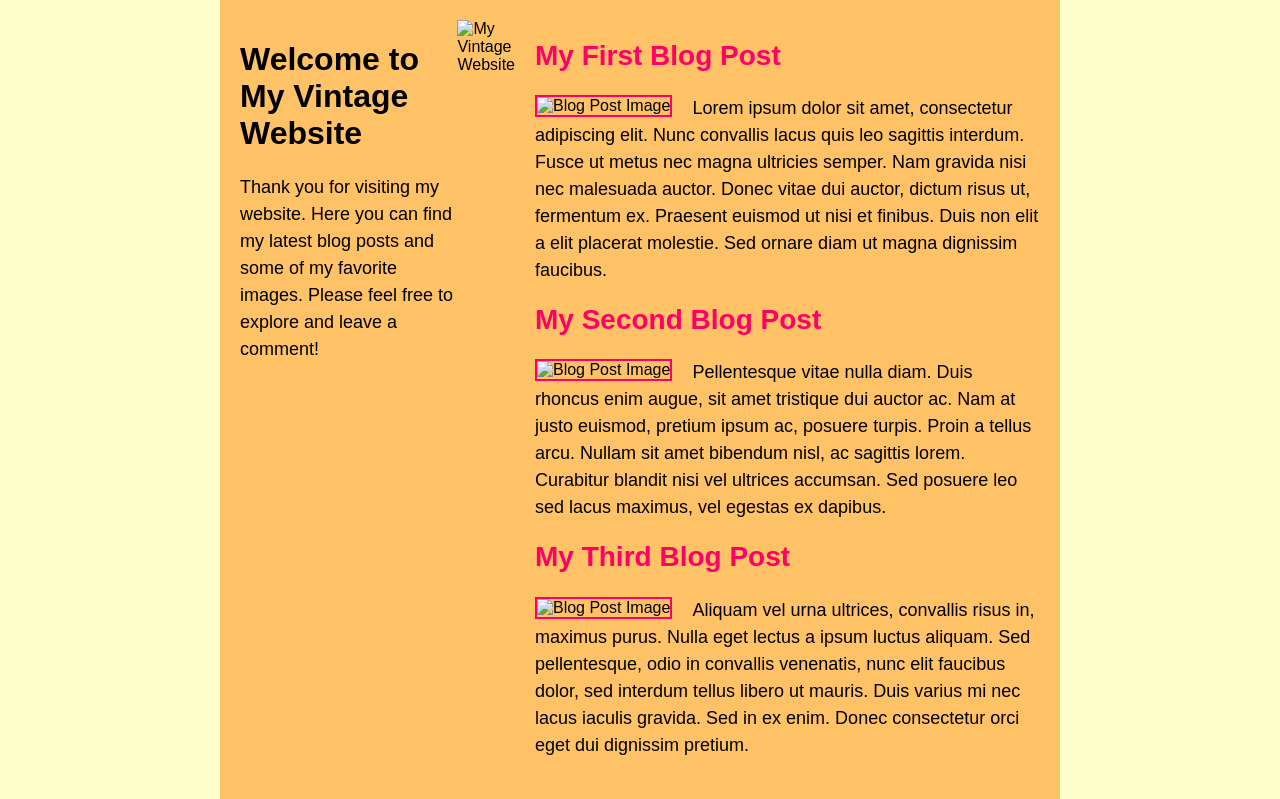
Repository: RennarDeer/RenDev
Page: index.html
The author's editor kept a copy of each file at every save. The page is drawn from the files as they stood at one save, then again after the next save.
The browser window is 1280 px wide. The pictures show the whole page.

Above is the page before, as saved 2023-02-14 19:42:56.
Not found: placeholder-image.jpg

### index.html
<!DOCTYPE html>
<html>
<head>
	<title>My Vintage Website</title>
	<link rel="stylesheet" type="text/css" href="style.css">
</head>
<body>
	<div id="container">
		<div id="intro">
			<h1>Welcome to My Vintage Website</h1>
			<p>Thank you for visiting my website. Here you can find my latest blog posts and some of my favorite images. Please feel free to explore and leave a comment!</p>
		</div>
		<img src="placeholder-image.jpg" alt="My Vintage Website" class="logo">
		<div id="content">
			<div class="blog-post">
				<h2>My First Blog Post</h2>
				<img src="placeholder-image.jpg" alt="Blog Post Image">
				<p>Lorem ipsum dolor sit amet, consectetur adipiscing elit. Nunc convallis lacus quis leo sagittis interdum. Fusce ut metus nec magna ultricies semper. Nam gravida nisi nec malesuada auctor. Donec vitae dui auctor, dictum risus ut, fermentum ex. Praesent euismod ut nisi et finibus. Duis non elit a elit placerat molestie. Sed ornare diam ut magna dignissim faucibus.</p>
			</div>
			<div class="blog-post">
				<h2>My Second Blog Post</h2>
				<img src="placeholder-image.jpg" alt="Blog Post Image">
				<p>Pellentesque vitae nulla diam. Duis rhoncus enim augue, sit amet tristique dui auctor ac. Nam at justo euismod, pretium ipsum ac, posuere turpis. Proin a tellus arcu. Nullam sit amet bibendum nisl, ac sagittis lorem. Curabitur blandit nisi vel ultrices accumsan. Sed posuere leo sed lacus maximus, vel egestas ex dapibus.</p>
			</div>
			<div class="blog-post">
				<h2>My Third Blog Post</h2>
				<img src="placeholder-image.jpg" alt="Blog Post Image">
				<p>Aliquam vel urna ultrices, convallis risus in, maximus purus. Nulla eget lectus a ipsum luctus aliquam. Sed pellentesque, odio in convallis venenatis, nunc elit faucibus dolor, sed interdum tellus libero ut mauris. Duis varius mi nec lacus iaculis gravida. Sed in ex enim. Donec consectetur orci eget dui dignissim pretium. </p>
			</div>
		</div>
	</div>
</body>
</html>

### style.css
body {
	background-color: #ffffcc;
	font-family: Arial, sans-serif;
	margin: 0;
	padding: 0;
}

#container {
	margin: 0 auto;
	max-width: 800px;
	padding: 20px;
	background-color: #ffc266;
	display: flex;
}

.logo {
	width: 150px;
	height: auto;
	margin-right: 20px;
}

#content {
	margin-top: 20px;
}

h2 {
	font-size: 28px;
	color: #ff0066;
	margin-top: 0;
}

p {
	font-size: 18px;
	line-height: 1.5;
}

.blog-post {
	margin-bottom: 20px;
}

.blog-post img {
	margin-right: 20px;
	max-width: 300px;
	height: auto;
	float: left;
	border: 2px solid #ff0066;
}

After the next save:
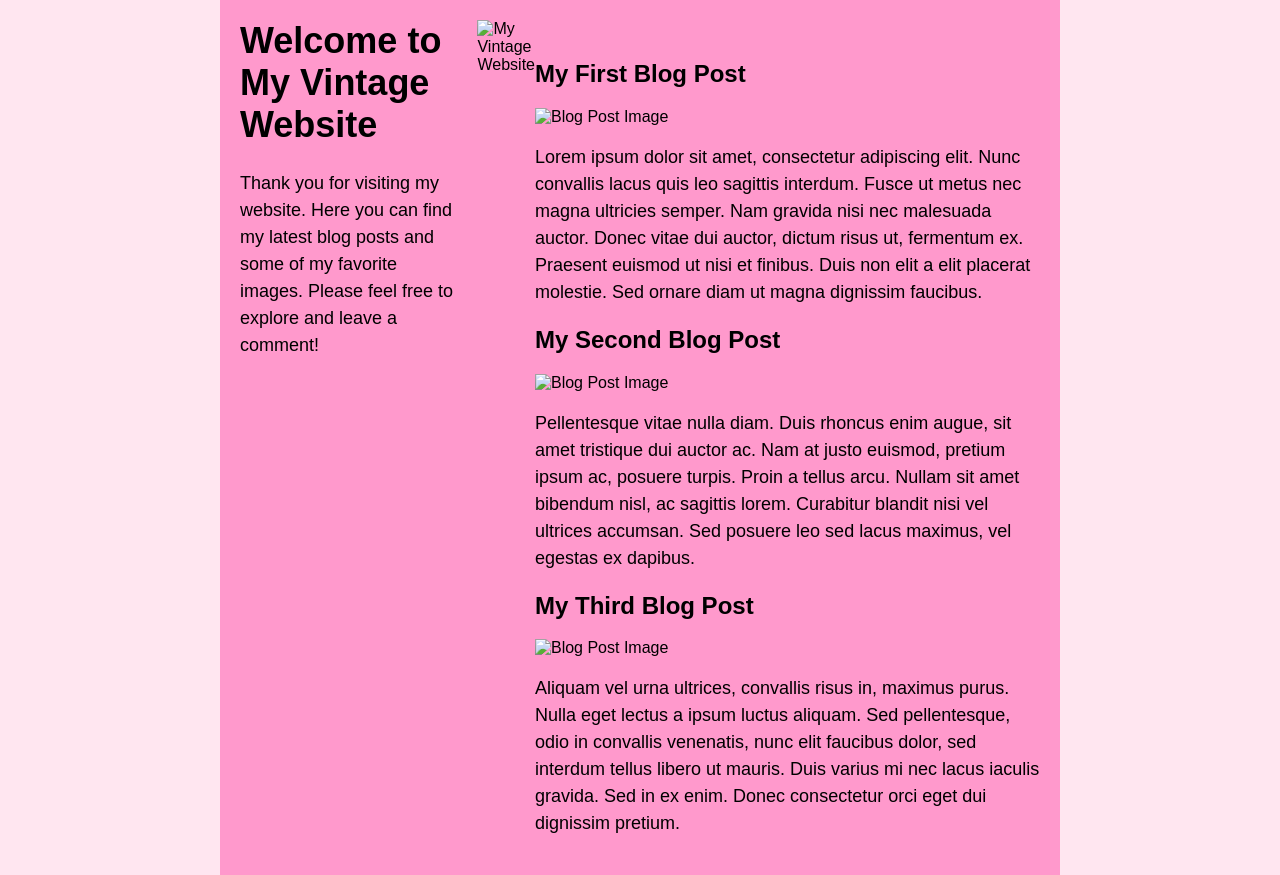
Saved 1 s later.
--- a/style.css
+++ b/style.css
@@ -1,31 +1,26 @@
 body {
-	background-color: #ffffcc;
+	background-color: #ffe6f0;
 	font-family: Arial, sans-serif;
 	margin: 0;
 	padding: 0;
+	color: #000000;
 }
 
 #container {
 	margin: 0 auto;
 	max-width: 800px;
 	padding: 20px;
-	background-color: #ffc266;
+	background-color: #ff99cc;
 	display: flex;
 }
 
-.logo {
-	width: 150px;
-	height: auto;
+#intro {
 	margin-right: 20px;
 }
 
-#content {
-	margin-top: 20px;
-}
-
-h2 {
-	font-size: 28px;
-	color: #ff0066;
+h1 {
+	font-size: 36px;
+	color: #000000;
 	margin-top: 0;
 }
 
@@ -34,14 +29,11 @@ p {
 	line-height: 1.5;
 }
 
-.blog-post {
-	margin-bottom: 20px;
+.logo {
+	width: 150px;
+	height: auto;
 }
 
-.blog-post img {
-	margin-right: 20px;
-	max-width: 300px;
-	height: auto;
-	float: left;
-	border: 2px solid #ff0066;
+#content {
+	margin-top: 20px;
 }
